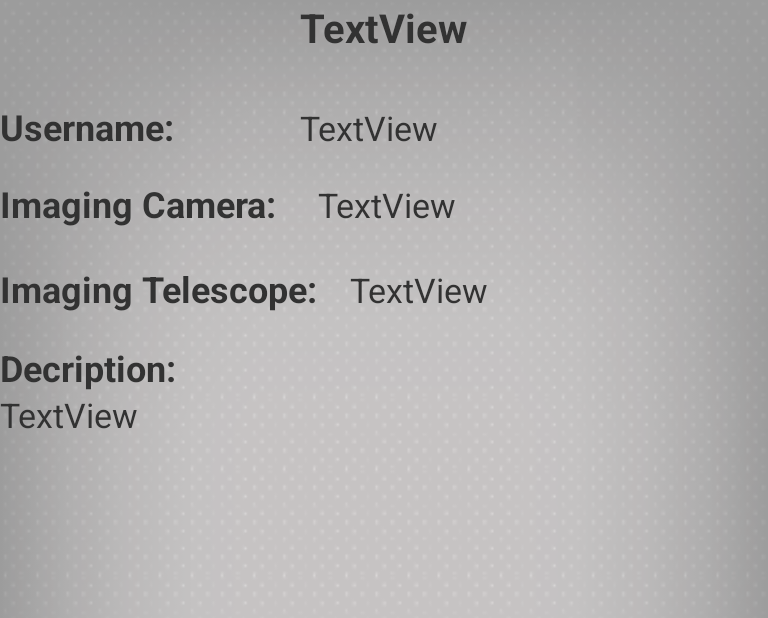
Repository: arianaantonio/APD2
Layout: AstroPix/res/layout/activity_detail.xml
The author's editor kept a copy of each file at every save. The layout is drawn from the files as they stood at one save, then again after the next save.
The pictures show rows 0 to 618 of an output 1280 px tall.
Pictures or frames that could not be fetched are drawn as grey boxes. It is drawn on a 768 x 1280 px phone screen (xhdpi) without system bars, with theme AppTheme; the app's code is not run.

Above is the layout before, as saved 2014-09-10 08:00:54.

After the next save:
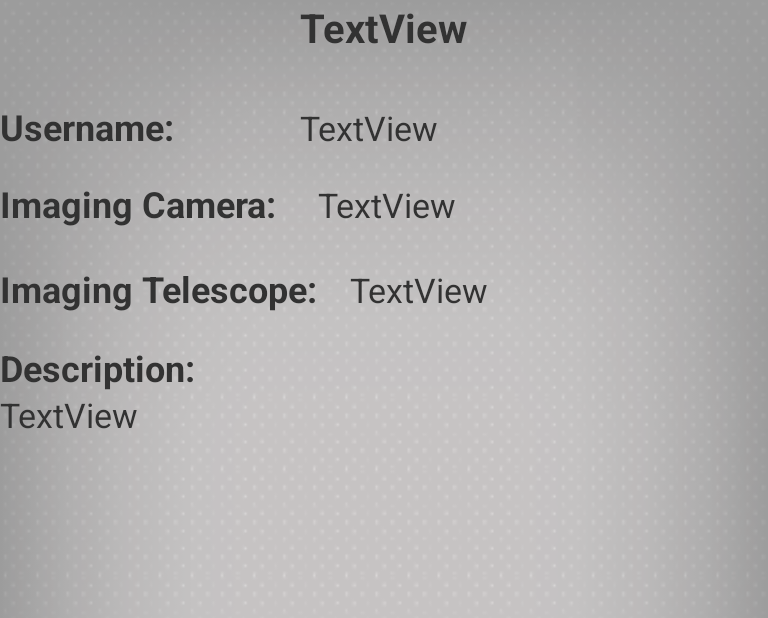
Saved 82 s later.
--- a/AstroPix/res/layout/activity_detail.xml
+++ b/AstroPix/res/layout/activity_detail.xml
@@ -65,7 +65,7 @@
         android:layout_alignParentLeft="true"
         android:layout_below="@+id/textView4"
         android:layout_marginTop="18dp"
-        android:text="Imaging Telescope:"
+        android:text="@string/telescope"
         android:textSize="18sp"
         android:textStyle="bold" />
 
@@ -76,7 +76,7 @@
         android:layout_alignParentLeft="true"
         android:layout_below="@+id/textView5"
         android:layout_marginTop="15dp"
-        android:text="Decription:"
+        android:text="@string/description"
         android:textSize="18sp"
         android:textStyle="bold" />
 
@@ -87,7 +87,7 @@
         android:layout_alignParentLeft="true"
         android:layout_below="@+id/textView2"
         android:layout_marginTop="14dp"
-        android:text="Imaging Camera:"
+        android:text="@string/camera"
         android:textSize="18sp"
         android:textStyle="bold" />
 
@@ -98,7 +98,7 @@
         android:layout_alignParentLeft="true"
         android:layout_below="@+id/textView1"
         android:layout_marginTop="24dp"
-        android:text="Username:"
+        android:text="@string/username"
         android:textSize="18sp"
         android:textStyle="bold" />
 
